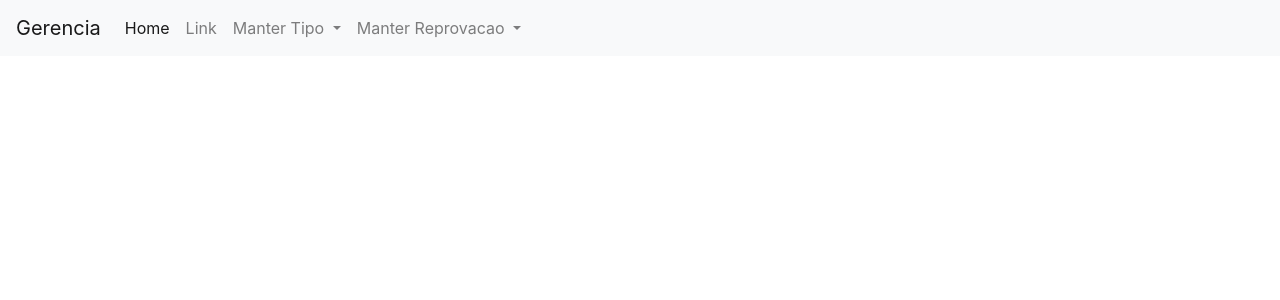
Repository: WilliamEstrela/trabalho1VA-PROG4
Page: CRUDLanManagerV5/WebContent/page.html
The author's editor kept a copy of each file at every save. The page is drawn from the files as they stood at one save, then again after the next save.
The browser window is 1280 px wide. The pictures show the whole page.

Above is the page before, as saved 2019-09-12 00:16:45.

### CRUDLanManagerV5/WebContent/page.html
<!doctype html>
<html lang="en">
  <head>
    <!-- Required meta tags -->
    <meta charset="utf-8">
    <meta name="viewport" content="width=device-width, initial-scale=1, shrink-to-fit=no">

    <!-- Bootstrap CSS -->
    <link rel="stylesheet" href="https://stackpath.bootstrapcdn.com/bootstrap/4.3.1/css/bootstrap.min.css" integrity="sha384-ggOyR0iXCbMQv3Xipma34MD+dH/1fQ784/j6cY/iJTQUOhcWr7x9JvoRxT2MZw1T" crossorigin="anonymous">

    <title>Hello, world!</title>
  </head>
  <body>

	<nav class="navbar navbar-expand-lg navbar-light bg-light">
	  <a class="navbar-brand" href="#">Gerencia</a>
	  <button class="navbar-toggler" type="button" data-toggle="collapse" data-target="#navbarSupportedContent" aria-controls="navbarSupportedContent" aria-expanded="false" aria-label="Toggle navigation">
	    <span class="navbar-toggler-icon"></span>
	  </button>

			  <div class="collapse navbar-collapse" id="navbarSupportedContent">
			    <ul class="navbar-nav mr-auto">
			      <li class="nav-item active">
			        <a class="nav-link" href="#">Home <span class="sr-only">(current)</span></a>
			      </li>
			      <li class="nav-item">
			        <a class="nav-link" href="#">Link</a>
			      </li>
			      <li class="nav-item dropdown">
			        <a class="nav-link dropdown-toggle" href="#" id="navbarDropdown" role="button" data-toggle="dropdown" aria-haspopup="true" aria-expanded="false">
			          Manter Tipo
			        </a>
			        <div class="dropdown-menu" aria-labelledby="navbarDropdown">
			          <a class="dropdown-item" href="${contextPath}/sistema?casoDeUso=manterTipo&acao=listarTodos">Listar todos</a>
			          <a class="dropdown-item" href="${contextPath}/sistema?casoDeUso=manterTipo&acao=novo">Novo</a>
			          <div class="dropdown-divider"></div>
			          <a class="dropdown-item" href="${contextPath}/sistema?casoDeUso=manterTipo&acao=index">Inicio</a>
			        </div>
			      </li>

			      <li class="nav-item dropdown">
			        <a class="nav-link dropdown-toggle" href="#" id="navbarDropdown" role="button" data-toggle="dropdown" aria-haspopup="true" aria-expanded="false">
			          Manter Reprovacao
			        </a>
			        <div class="dropdown-menu" aria-labelledby="navbarDropdown">
			          <a class="dropdown-item" href="${contextPath}/sistema?casoDeUso=manterReprovacao&acao=procurar">Procurar</a>
			          <a class="dropdown-item" href="${contextPath}/sistema?casoDeUso=manterReprovacao&acao=listarTodos">Listar Todos</a>
			          <a class="dropdown-item" href="${contextPath}/sistema?casoDeUso=manterReprovacao&acao=novo">Novo</a>
			          <div class="dropdown-divider"></div>
			          <a class="dropdown-item" href="${contextPath}/sistema?casoDeUso=manterReprovacao&acao=index">Inicio</a>
			        </div>
			      </li>

			    </ul>
			  </div>
			</nav>

    <!-- Optional JavaScript -->
    <!-- jQuery first, then Popper.js, then Bootstrap JS -->
    <script src="https://code.jquery.com/jquery-3.3.1.slim.min.js" integrity="sha384-q8i/X+965DzO0rT7abK41JStQIAqVgRVzpbzo5smXKp4YfRvH+8abtTE1Pi6jizo" crossorigin="anonymous"></script>
    <script src="https://cdnjs.cloudflare.com/ajax/libs/popper.js/1.14.7/umd/popper.min.js" integrity="sha384-UO2eT0CpHqdSJQ6hJty5KVphtPhzWj9WO1clHTMGa3JDZwrnQq4sF86dIHNDz0W1" crossorigin="anonymous"></script>
    <script src="https://stackpath.bootstrapcdn.com/bootstrap/4.3.1/js/bootstrap.min.js" integrity="sha384-JjSmVgyd0p3pXB1rRibZUAYoIIy6OrQ6VrjIEaFf/nJGzIxFDsf4x0xIM+B07jRM" crossorigin="anonymous"></script>
  </body>
</html>

After the next save:
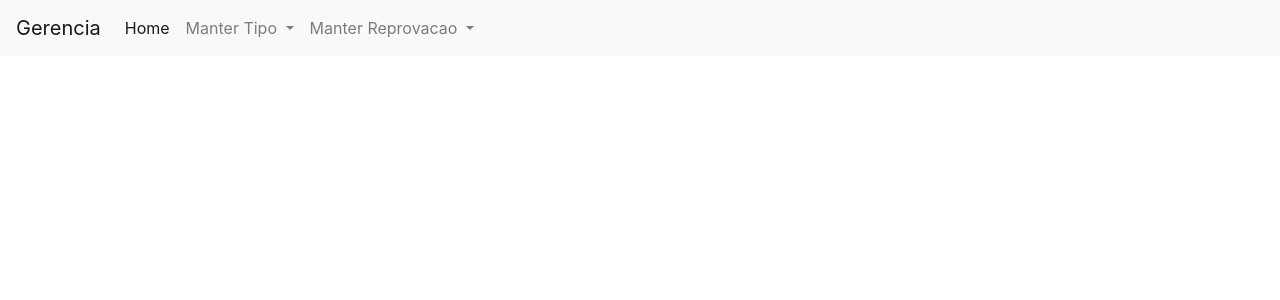
Saved 14 s later.
--- a/CRUDLanManagerV5/WebContent/page.html
+++ b/CRUDLanManagerV5/WebContent/page.html
@@ -22,9 +22,6 @@
 			    <ul class="navbar-nav mr-auto">
 			      <li class="nav-item active">
 			        <a class="nav-link" href="#">Home <span class="sr-only">(current)</span></a>
-			      </li>
-			      <li class="nav-item">
-			        <a class="nav-link" href="#">Link</a>
 			      </li>
 			      <li class="nav-item dropdown">
 			        <a class="nav-link dropdown-toggle" href="#" id="navbarDropdown" role="button" data-toggle="dropdown" aria-haspopup="true" aria-expanded="false">
